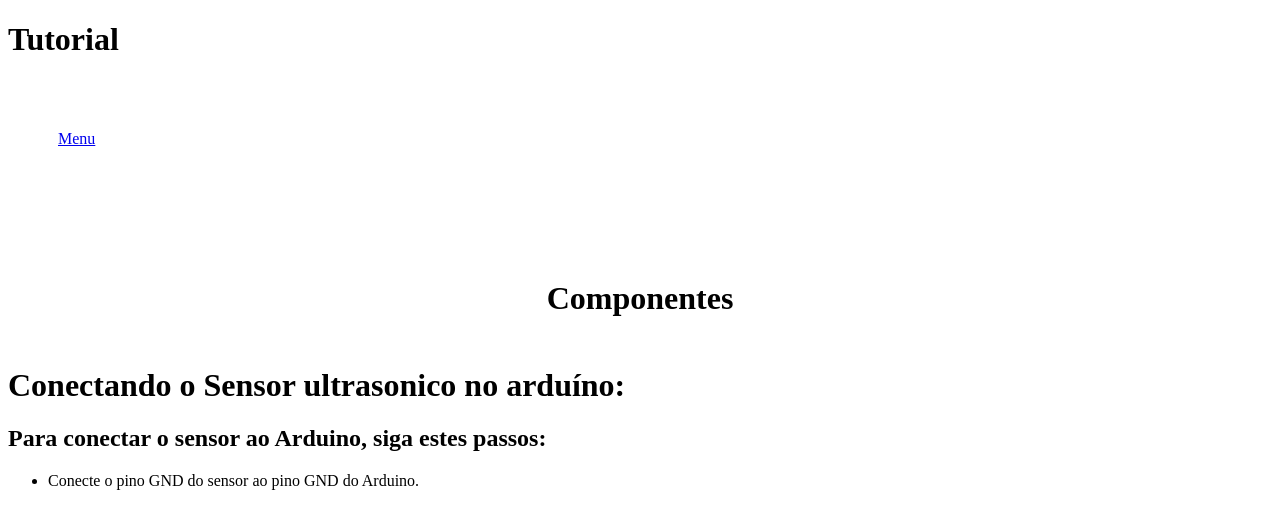
Repository: Eito2511/Site-tutorial-arduino
Page: tutorial.html
The author's editor kept a copy of each file at every save. The page is drawn from the files as they stood at one save, then again after the next save.
The browser window is 1280 px wide. The pictures show the whole page.

Above is the page before, as saved 2025-06-03 18:12:52.

### tutorial.html
<!DOCTYPE html>
<html lang="en">
<head>
    <meta charset="UTF-8">
    <meta name="viewport" content="width=device-width, initial-scale=1.0">
    <title>Tutorial</title>
</head>
<body>
    <header>
      <h1 class="titulo">Tutorial</h1>
    </header>

    <section style="height: 50px; padding: 50px">
      <a href="index.html" class="btn">Menu</a>
    </section>

    <h1 style="text-align: center; margin: 50px">
      <strong>Componentes</strong>
    </h1>

    <h1>Conectando o Sensor ultrasonico no arduíno:</h1>
    <h2>Para conectar o sensor ao Arduino, siga estes passos:</h2>
    <ul>
        <li>Conecte o pino GND do sensor ao pino GND do Arduino.</li>
    </ul>

</body>
</html>

After the next save:
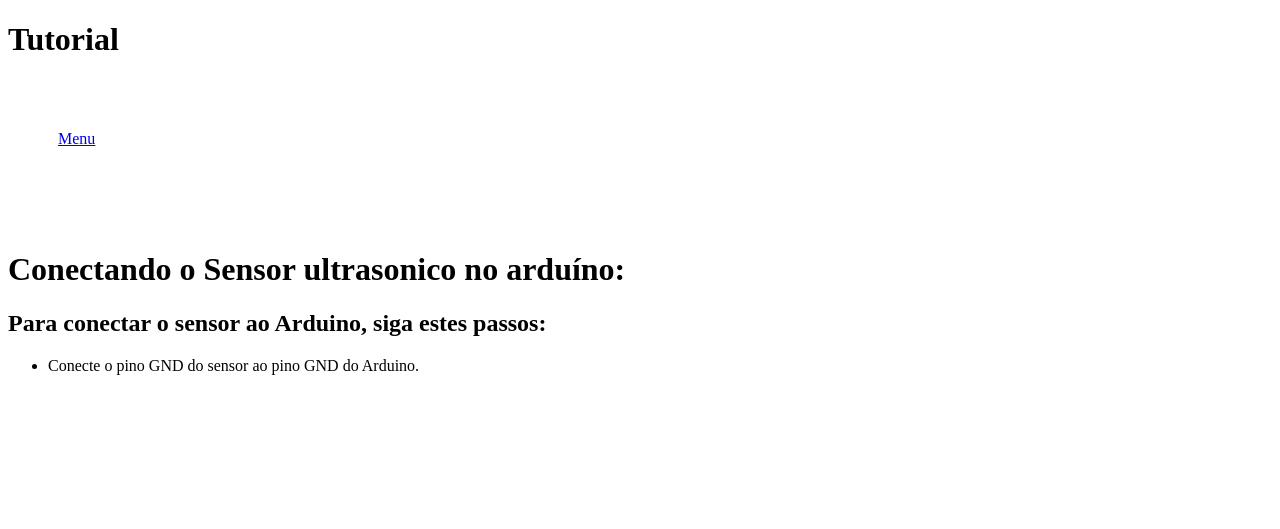
Saved 60 s later.
--- a/tutorial.html
+++ b/tutorial.html
@@ -14,10 +14,6 @@
       <a href="index.html" class="btn">Menu</a>
     </section>
 
-    <h1 style="text-align: center; margin: 50px">
-      <strong>Componentes</strong>
-    </h1>
-
     <h1>Conectando o Sensor ultrasonico no arduíno:</h1>
     <h2>Para conectar o sensor ao Arduino, siga estes passos:</h2>
     <ul>
